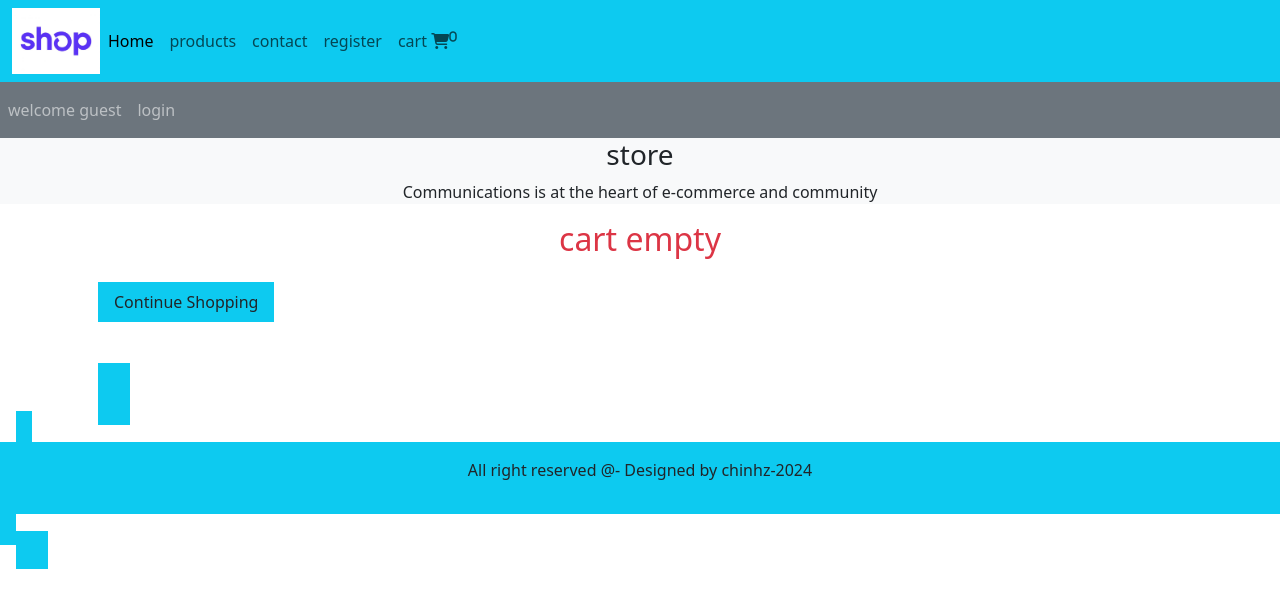
Repository: hahuuchinh2501/ecommerce_web
Page: http://localhost/cart.php
An editor plug-in stored every save of this project. The page is shown before and after the next save, followed by the edit.
The browser window is 1280 px wide. The pictures show the whole page.
The page is run by PHP 8.4 with error messages shown; the project is at /var/www/html/. Queries for data that is not in the repository find no rows.

Above is the page before, as saved 2025-02-09 11:18:42.

### cart.php
<?php
include('includes/connect.php');
include('functions/common_function.php');
?>



<!DOCTYPE html>
<html lang="en">

<head>
    <meta charset="UTF-8">
    <meta name="viewport" content="width=device-width, initial-scale=1.0">
    <title>website-cart details</title>
    <link href="https://cdn.jsdelivr.net/npm/bootstrap@5.3.3/dist/css/bootstrap.min.css" rel="stylesheet"
        integrity="sha384-QWTKZyjpPEjISv5WaRU9OFeRpok6YctnYmDr5pNlyT2bRjXh0JMhjY6hW+ALEwIH" crossorigin="anonymous">
    <link rel="stylesheet" href="https://cdnjs.cloudflare.com/ajax/libs/font-awesome/6.5.2/css/all.min.css"
        integrity="sha512-SnH5WK+bZxgPHs44uWIX+LLJAJ9/2PkPKZ5QiAj6Ta86w+fsb2TkcmfRyVX3pBnMFcV7oQPJkl9QevSCWr3W6A=="
        crossorigin="anonymous" referrerpolicy="no-referrer" />
    <link rel="stylesheet" href="style.css">

</head>
<style>
    .cart_img {
        width: 50px;
        height: 50px;
        object-fit: contain;
    }
</style>

<body>
    <!-- navbar -->
    <div class="container-fluid p-0">
        <nav class="navbar navbar-expand-lg bg-info">
            <div class="container-fluid">
                <img src="./images/shop.jpg" alt="" class="logo">
                <button class="navbar-toggler" type="button" data-bs-toggle="collapse"
                    data-bs-target="#navbarSupportedContent" aria-controls="navbarSupportedContent"
                    aria-expanded="false" aria-label="Toggle navigation">
                    <span class="navbar-toggler-icon"></span>
                </button>
                <div class="collapse navbar-collapse" id="navbarSupportedContent">
                    <ul class="navbar-nav me-auto mb-2 mb-lg-0">
                        <li class="nav-item">
                            <a class="nav-link active" aria-current="page" href="index.php">Home</a>
                        </li>
                        <li class="nav-item">
                            <a class="nav-link" href="display_all.php">products</a>
                        </li>
                        <li class="nav-item">
                            <a class="nav-link" href="#">contact</a>
                        </li>
                        <li class="nav-item">
                            <a class="nav-link" href="#">register</a>
                        </li>
                        <li class="nav-item">
                            <a class="nav-link" href="cart.php">cart <i
                                    class="fa-solid fa-cart-shopping"><sup><?php cart_item(); ?></sup></i></a>
                        </li>

                    </ul>

                </div>
            </div>
        </nav>

        <!-- call function cart -->
        <?php
        cart();
        ?>

        <nav class="navbar navbar-expand-lg navbar-dark bg-secondary">
            <ul class="navbar-nav me-auto">
                <li class="nav-item">
                    <a class="nav-link" href="#">welcome guest</a>
                </li>
                <li class="nav-item">
                    <a class="nav-link" href="#">login</a>
                </li>
            </ul>
        </nav>
        <div class="bg-light">
            <h3 class="text-center">store</h3>
            <p class="text-center">Communications is at the heart of e-commerce and community</p>
        </div>



        <div class="container">
            <div class="row">
                <form action="" method="post">
                    <table class="table table-bordered text-center">


                        <?php
                        global $con;
                        $get_ip_add = getIPAddress();
                        $total_price = 0;
                        $cart_query = "Select * from `cart_details` where ip_address='$get_ip_add'";
                        $result = mysqli_query($con, $cart_query);
                        $result_count = mysqli_num_rows($result);
                        if ($result_count > 0) {
                            echo "<thead>
                            <tr>
                                <th>product title</th>
                                <th>product image</th>
                                <th>quantity</th>
                                <th>total price</th>
                                <th> ordered quantity</th>
                                <th>remove</th>
                                <th colspan='2'>operations</th>
                            </tr>
                        </thead>
                        <tbody>";

                            while ($row = mysqli_fetch_array($result)) {
                                $product_id = $row['product_id'];
                                $quantity = $row['quantity'];
                                $select_products = "Select * from `products` where product_id='$product_id'";
                                $result_products = mysqli_query($con, $select_products);
                                while ($row_product_price = mysqli_fetch_array($result_products)) {
                                    $product_price = array($row_product_price['product_price']);
                                    $price_table = $row_product_price['product_price'];
                                    $product_title = $row_product_price['product_title'];
                                    $product_image1 = $row_product_price['product_image1'];
                                    $product_values = array_sum($product_price);
                                    $total_product_price = $price_table * $quantity; // Nhân giá với số lượng

                                    $total_price += $total_product_price;

                                    ?>

                                    <tr>
                                        <td><?php echo $product_title ?></td>
                                        <td><img src="./admin_area/product_images/<?php echo $product_image1 ?>" alt=""
                                                class="cart_img"></td>
                                        <td><input type="text" name="qty" id="" class="form-input w-50"
                                                value="<?php echo $quantity; ?>"></td>
                                        <?php
                                        $get_ip_add = getIPAddress();
                                        // if (isset($_POST['update_cart'])) {
                                        //     $quantities = $_POST['qty'];
                                        //     $update_cart = "update `cart_details` set quantity=$quantities where ip_address='$get_ip_add'";
                                        //     $result_products_quantity = mysqli_query($con, $update_cart);
                                        //     $total_price = $total_price * $quantities;
                                        // }
                                        if (isset($_POST['update_cart'])) {
                                            $quantities = $_POST['qty'];
                                            $update_cart = "UPDATE cart_details SET quantity=$quantities WHERE ip_address='$get_ip_add' AND product_id='$product_id'";
                                            $result_products_quantity = mysqli_query($con, $update_cart);
                                            echo "<script>window.open('cart.php','_self')</script>"; // Refresh lại giỏ hàng
                                        }
                                        ?>


                                        <?php
                                        $get_order_quantity = "SELECT quantity FROM `cart_details` WHERE product_id='$product_id' AND ip_address='$get_ip_add'";
                                        $order_quantity_result = mysqli_query($con, $get_order_quantity);
                                        $order_quantity_row = mysqli_fetch_assoc($order_quantity_result);
                                        $ordered_quantity = $order_quantity_row ? $order_quantity_row['quantity'] : 0;
                                        ?>

                                        <td><?php echo $price_table ?></td>
                                        <td><?php echo $ordered_quantity ?></td>
                                        <td><input type="checkbox" name="remove_item[]" value="<?php echo $product_id; ?>"></td>
                                        <td>
                                            <!-- <button class="bg-info px-3 py-2 border-0 mx-3">update</button> -->
                                            <input type="submit" value="Update Cart" class="bg-info px-3 py-2 border-0 mx-3"
                                                name="update_cart">

                                            <!-- <button class="bg-secondary p-3 py-2 border-0 text-light">remove</button> -->
                                            <input type="submit" value="Remove Cart" class="bg-info px-3 py-2 border-0 mx-3"
                                                name="remove_cart">
                                        </td>
                                    </tr>
                                <?php }
                            }
                        } else {
                            echo "<h2 class='text-center text-danger'>cart empty<h2>";
                        }
                        ?>
                        </tbody>
                    </table>
                    <div class="d-flex mb-5">
                        <?php
                        $get_ip_add = getIPAddress();
                        $cart_query = "Select * from `cart_details` where ip_address='$get_ip_add'";
                        $result = mysqli_query($con, $cart_query);
                        $result_count = mysqli_num_rows($result);
                        if ($result_count > 0) {
                            echo "  <h4 class='px-3 py-2'>total: <strong> $total_price  VND</strong></h4>
                        <a href='index.php' class='bg-info px-3 py-2 border-0 mx-3 text-decoration-none text-dark'><button>
                            Continue Shopping
                        </button></a>
                         <a href='#'><button class='bg-secondary p-3 py-2 border-0 text-light'>checkout</button></a>";
                        } else {
                            echo "  <a href='index.php' class='bg-info px-3 py-2 border-0 mx-3 text-decoration-none text-dark'>
                            Continue Shopping ";
                        }

                        ?>

                    </div>
            </div>
        </div>
        </form>

        <!-- function to remove -->
        <?php
        function remove_cart_item()
        {
            global $con;
            if (isset($_POST['remove_cart'])) {
                foreach ($_POST['remove_item'] as $remove_id) {
                    echo $remove_id;
                    $delete_query = "Delete from `cart_details` where product_id=$remove_id";
                    $run_delete = mysqli_query($con, $delete_query);
                    if ($run_delete) {
                        echo "<script>window.open('cart.php','_self')</script>";
                    }
                }
            }
        }
        echo $remove_item = remove_cart_item();
        ?>

        <!-- include footer  -->
        <?php
        include("./includes/footer.php")
            ?>
    </div>

    <script src="https://cdn.jsdelivr.net/npm/bootstrap@5.3.3/dist/js/bootstrap.bundle.min.js"
        integrity="sha384-YvpcrYf0tY3lHB60NNkmXc5s9fDVZLESaAA55NDzOxhy9GkcIdslK1eN7N6jIeHz"
        crossorigin="anonymous"></script>
</body>

</html>

### includes/connect.php
<?php

$con=mysqli_connect('127.0.0.1:3316','root','123','myshop');
if(!$con) {
    die(mysqli_error($con));
}


?>

### includes/footer.php
<div class="bg-info p-3 text-center">
    <p>All right reserved @- Designed by chinhz-2024</p>
</div>

### style.css
* {
    margin: 0;
    padding: 0;
    box-sizing: border-box;
}


.logo {
    width: 7%;
    height: 7%;
}

     .card-img-top {
            height: 360px; /* Đặt chiều cao cố định */
            object-fit: cover; /* Đảm bảo hình ảnh vừa khung và không bị biến dạng */
        }

.cart_img {
    width:50px;
    height:50px;
}

Loaded but not shown: functions/common_function.php (382 lines, source omitted)

After the next save:
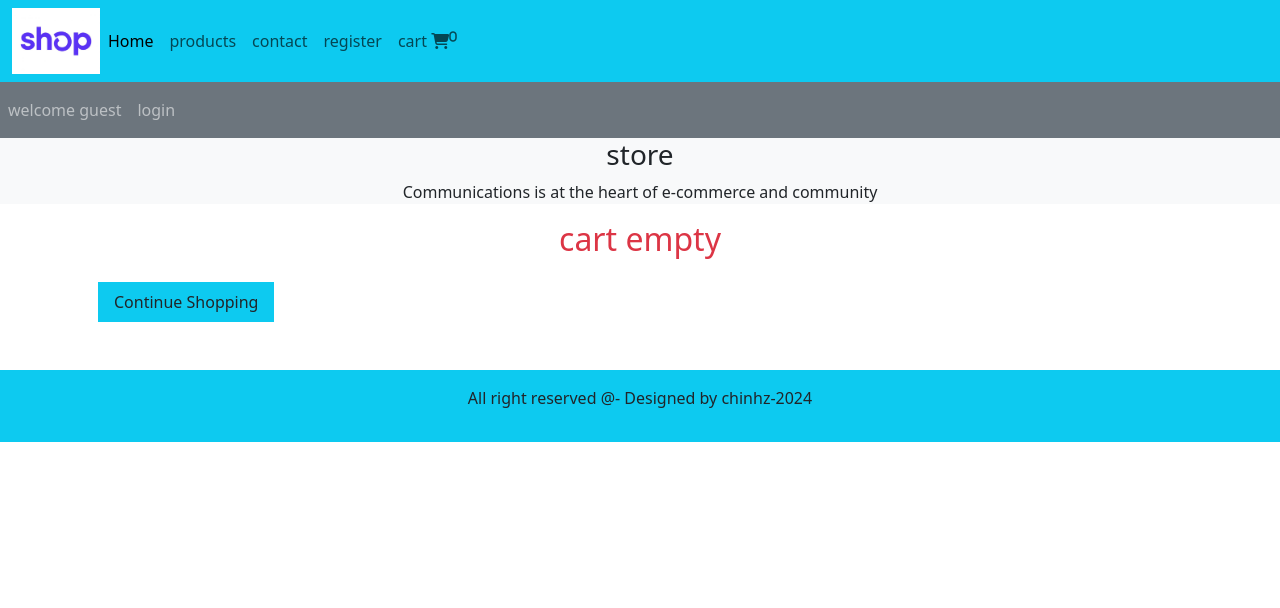
Saved 3 min 43 s later.
--- a/cart.php
+++ b/cart.php
@@ -188,15 +188,13 @@ include('functions/common_function.php');
                         $result = mysqli_query($con, $cart_query);
                         $result_count = mysqli_num_rows($result);
                         if ($result_count > 0) {
-                            echo "  <h4 class='px-3 py-2'>total: <strong> $total_price  VND</strong></h4>
-                        <a href='index.php' class='bg-info px-3 py-2 border-0 mx-3 text-decoration-none text-dark'><button>
-                            Continue Shopping
-                        </button></a>
-                         <a href='#'><button class='bg-secondary p-3 py-2 border-0 text-light'>checkout</button></a>";
+                            echo "<h4 class='px-3 py-2'>Total: <strong> $total_price VND</strong></h4>
+    <a href='index.php' class='bg-info px-3 py-2 border-0 mx-3 text-decoration-none text-dark'>Continue Shopping</a>
+    <a href='#' class='bg-secondary px-3 py-2 border-0 text-light text-decoration-none'>Checkout</a>";
                         } else {
-                            echo "  <a href='index.php' class='bg-info px-3 py-2 border-0 mx-3 text-decoration-none text-dark'>
-                            Continue Shopping ";
+                            echo "<a href='index.php' class='bg-info px-3 py-2 border-0 mx-3 text-decoration-none text-dark'>Continue Shopping</a>";
                         }
+
 
                         ?>
 
